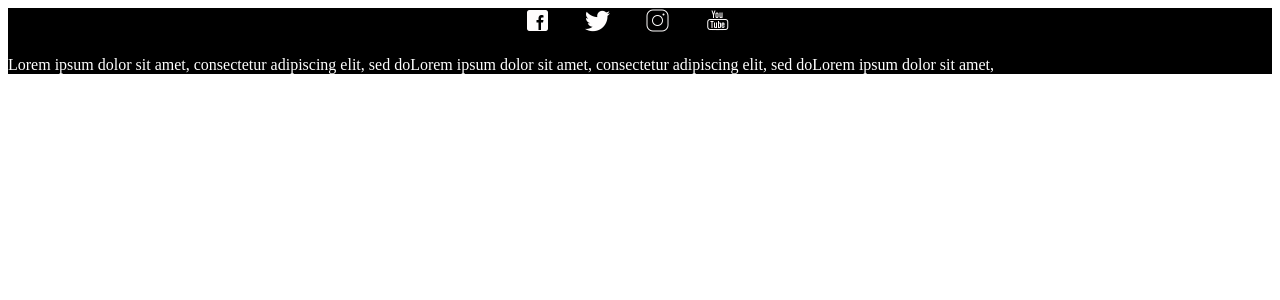
Repository: AVINKUMARP/gifts
Page: demo3.html
An editor plug-in stored every save of this project. The page is shown before and after the next save, followed by the edit.
The browser window is 1280 px wide. The pictures show the whole page.

Above is the page before, as saved 2023-08-24 15:22:26.

After the next save:
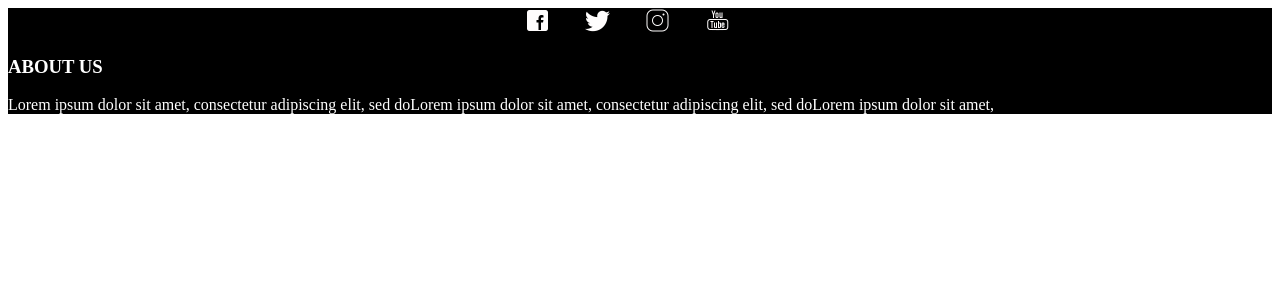
Saved 62 s later.
--- a/demo3.html
+++ b/demo3.html
@@ -35,8 +35,13 @@
         </div>
         <div class="list">
             <div class="lone">
-                <h3></h3>
+                <h3>ABOUT US</h3>
                 <p>Lorem ipsum dolor sit amet, consectetur adipiscing elit, sed doLorem ipsum dolor sit amet, consectetur adipiscing elit, sed doLorem ipsum dolor sit amet,</p>
+            </div>
+            <div class="ltwo">
+                <h3>
+
+                </h3>
             </div>
         </div>
     </div>
